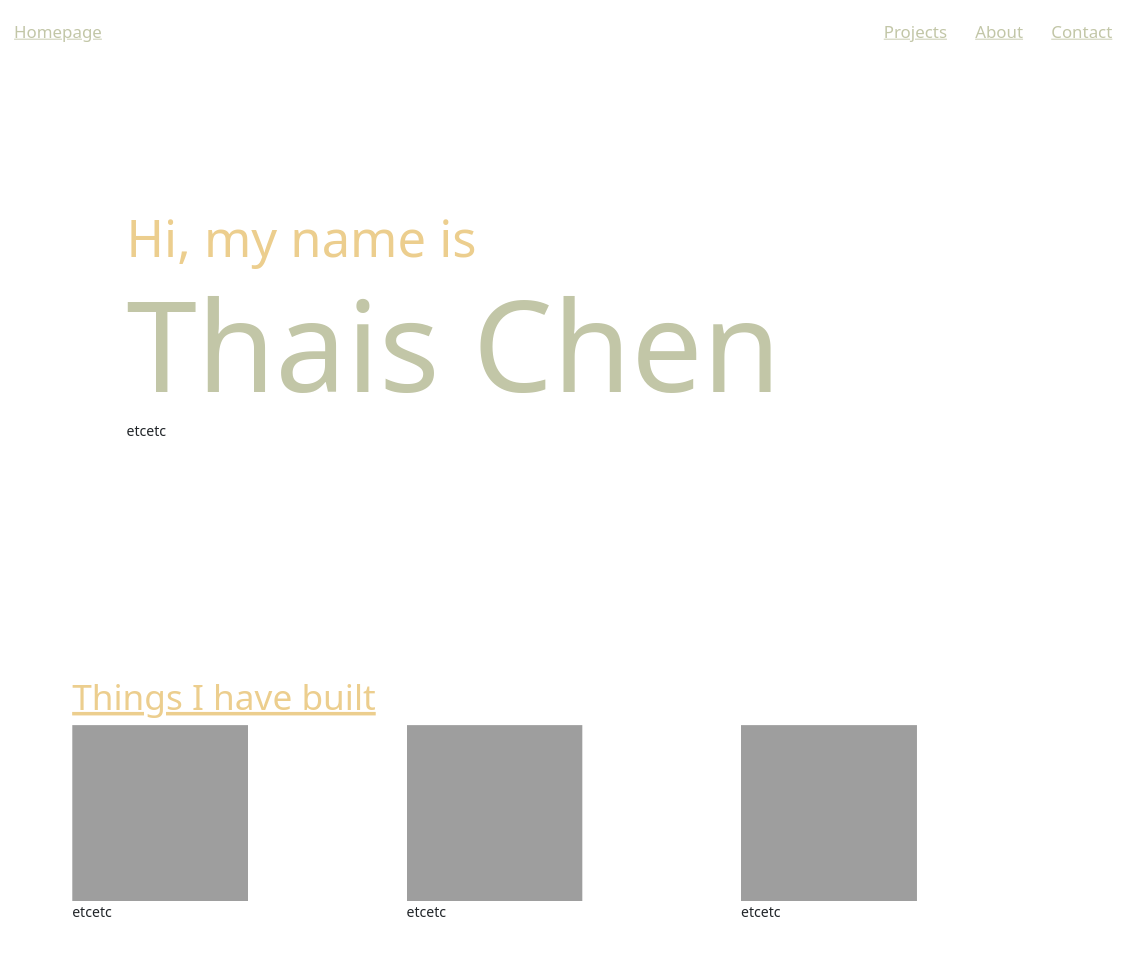
Repository: thais-chen/Portfolio
Page: index.html
These files come from the project's save history. The page is drawn as it stood at one moment and after the next save; the edit follows.
The browser window is 1280 px wide. The pictures show the whole page, at 88% of full size.
Pictures or frames that could not be fetched are drawn as grey boxes.

Above is the page before, as saved 2022-06-17 19:27:22.

After the next save:
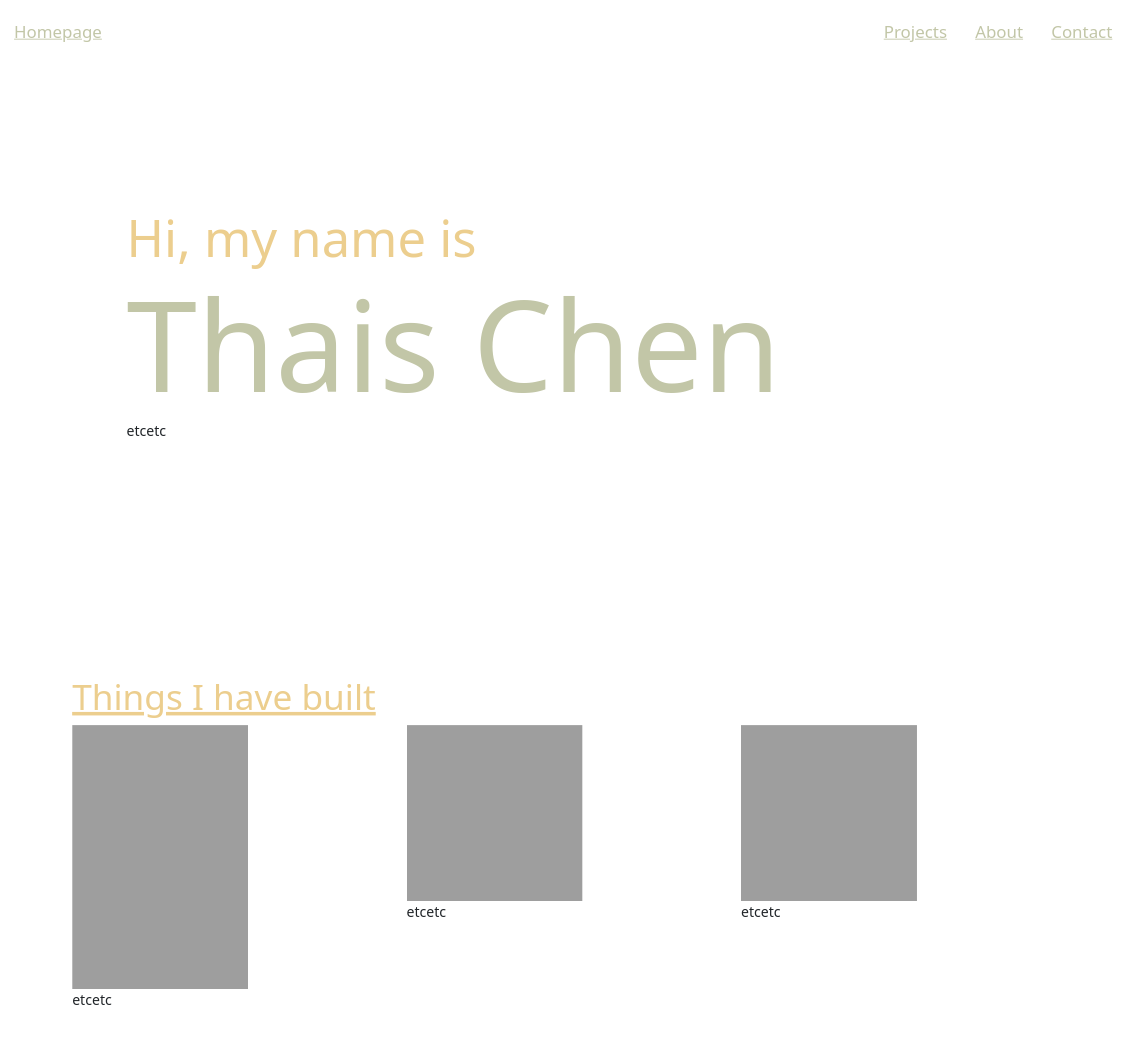
Saved 87 s later.
--- a/index.html
+++ b/index.html
@@ -36,7 +36,7 @@
 
 
                     <div class="col">
-                        <img src="https://picsum.photos/200">
+                        <img src="https://picsum.photos/id/237/200/300">
                         <p>
                             etcetc
                         </p>
